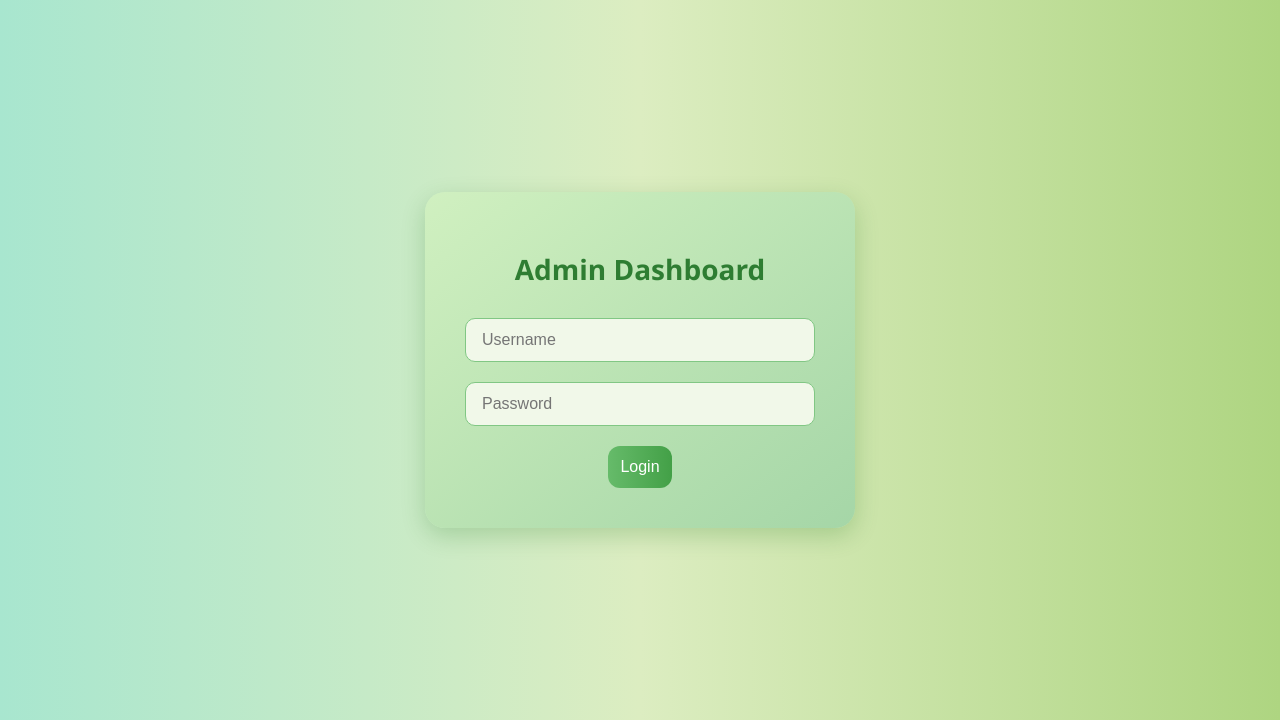
Repository: AfifaNoor/CRUD
Page: /
An editor plug-in stored every save of this project. The page is shown before and after the next save, followed by the edit.
The browser window is 1280 px wide. The pictures show the whole page.
The project was rebuilt for these pictures with package versions that can differ from the ones it lists, and the page was loaded fresh each time. Also part of the build but not shown: src/DashBoard.jsx, src/AddEmployee.jsx.

Above is the page before, as saved 2025-06-16 14:24:22.

After the next save:
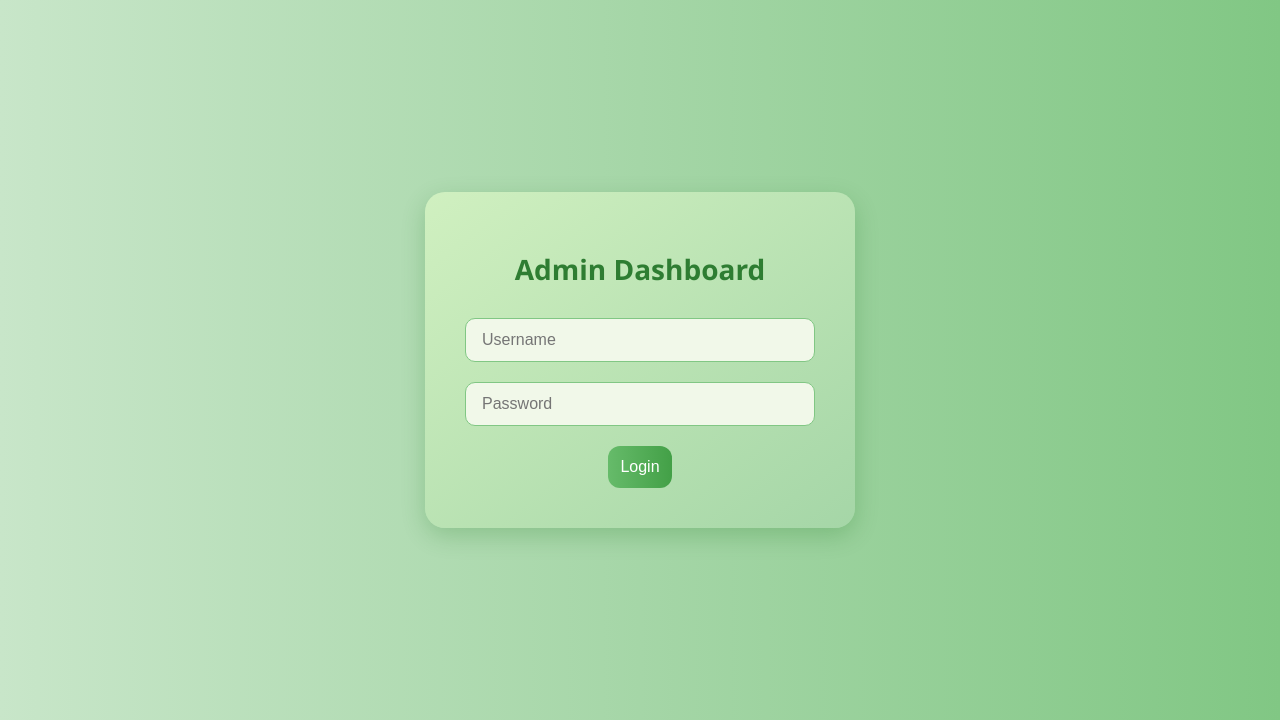
Saved 51 s later.
--- a/src/DashBoard.css
+++ b/src/DashBoard.css
@@ -1,81 +1,76 @@
-/* Dashboard.css (Modern Dark Theme) */
+/* DashBoard.css */
 
 body {
-  background-color: #0d0d11;
   margin: 0;
   font-family: 'Segoe UI', Tahoma, Geneva, Verdana, sans-serif;
-  color: #f0f0f5;
+  background: linear-gradient(to right, #c8e6c9, #a5d6a7, #81c784);
+  min-height: 100vh;
+  display: flex;
+  align-items: center;
+  justify-content: center;
 }
 
-/* Main container */
 .dashboard-page {
-  max-width: 1200px;
-  margin: 50px auto;
+  background: linear-gradient(to bottom right, #e8f5e9, #c5e1a5);
   padding: 40px;
-  background: #13131a;
-  border-radius: 16px;
-  box-shadow: 0 0 20px rgba(72, 61, 139, 0.2);
+  border-radius: 24px;
+  box-shadow: 0 10px 30px rgba(0, 100, 0, 0.15);
+  max-width: 1000px;
+  width: 90%;
+  margin: 40px auto;
+  text-align: center;
 }
 
-/* Title */
-h2 {
-  font-size: 28px;
-  color: #ffffff;
-  text-align: center;
+.dashboard-page h2 {
+  color: #2e7d32;
+  font-size: 30px;
   margin-bottom: 30px;
-  font-weight: 600;
 }
 
-/* Employee Grid */
 .employee-detail {
   display: grid;
-  grid-template-columns: repeat(auto-fit, minmax(280px, 1fr));
-  gap: 24px;
-  margin-bottom: 40px;
+  grid-template-columns: repeat(auto-fill, minmax(260px, 1fr));
+  gap: 20px;
+  margin-top: 20px;
 }
 
-/* Employee Card */
 .employee-card {
-  background: #1b1b24;
-  border-left: 5px solid #6c63ff;
+  background: linear-gradient(to bottom, #f1f8e9, #dcedc8);
   padding: 20px;
-  border-radius: 12px;
-  box-shadow: 0 4px 12px rgba(108, 99, 255, 0.2);
+  border-radius: 16px;
+  box-shadow: 0 4px 15px rgba(56, 142, 60, 0.2);
+  text-align: left;
   transition: transform 0.3s ease, box-shadow 0.3s ease;
 }
 
 .employee-card:hover {
-  transform: translateY(-4px);
-  box-shadow: 0 6px 18px rgba(108, 99, 255, 0.3);
+  transform: translateY(-5px);
+  box-shadow: 0 8px 20px rgba(56, 142, 60, 0.3);
 }
 
 .employee-card p {
-  margin: 8px 0;
+  margin: 6px 0;
   font-size: 15px;
-  color: #e0e0e0;
+  color: #2e7d32;
 }
 
-/* Add Employee Button Container */
 .add-employee-btn {
-  display: flex;
-  justify-content: center;
+  margin-top: 30px;
 }
 
-/* Add Employee Button */
 .add-employee {
-  background: linear-gradient(to right, #6c63ff, #5a52d4);
-  color: #ffffff;
+  background: linear-gradient(to right, #66bb6a, #43a047);
+  color: white;
   border: none;
-  padding: 12px 36px;
+  padding: 12px 25px;
   font-size: 16px;
-  font-weight: 600;
-  border-radius: 10px;
+  border-radius: 12px;
   cursor: pointer;
   transition: all 0.3s ease;
-  box-shadow: 0 4px 15px rgba(108, 99, 255, 0.4);
+  box-shadow: 0 4px 12px rgba(67, 160, 71, 0.3);
 }
 
 .add-employee:hover {
-  background: linear-gradient(to right, #5a52d4, #483cc0);
-  transform: translateY(-2px);
+  background: linear-gradient(to right, #43a047, #2e7d32);
+  box-shadow: 0 6px 16px rgba(67, 160, 71, 0.4);
 }
